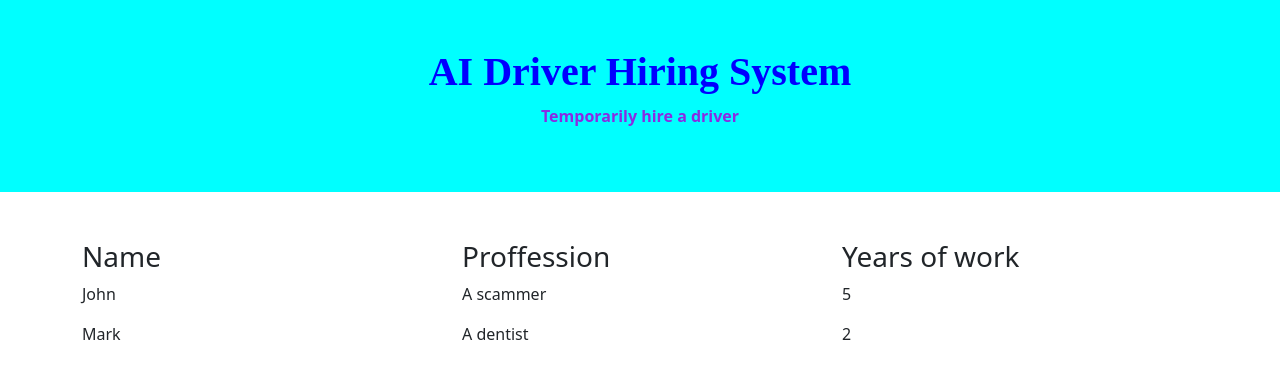
Repository: Wuda2000/AI-powered-Driver-hiring-system
Page: ONE.html
An editor plug-in stored every save of this project. The page is shown before and after a run of saves, followed by the edit.
The browser window is 1280 px wide. The pictures show the whole page.

Above is the page before, as saved 2024-12-23 22:28:13.

### ONE.html
<!DOCTYPE html>
<html lang="en">
<head>
  <title>Bootstrap 5 Example</title>
  <meta charset="utf-8">
  <meta name="viewport" content="width=device-width, initial-scale=1">
  <link href="https://cdn.jsdelivr.net/npm/bootstrap@5.3.3/dist/css/bootstrap.min.css" rel="stylesheet">
  <script src="https://cdn.jsdelivr.net/npm/bootstrap@5.3.3/dist/js/bootstrap.bundle.min.js"></script>
</head>
<body>


    <div class="container-fluid p-5 text-white text-center" style="background-color: aqua;">
        <h1 style="color: blue; font-family:'Times New Roman', Times, serif; font-style: unset;" ><b>AI Driver Hiring System</b></h1>
        <p style="color: blueviolet;"><b>Temporarily hire a driver</b></p>
      </div>

      <div class="container mt-5">
        <div class="row">
          <div class="col-sm-4">
            <h3>Name</h3>
            <p>John</p>
            <p>Mark</p>
          </div>
          <div class="col-sm-4">
            <h3>Proffession</h3>
            <p>A scammer</p>
            <p>A dentist</p>
          </div>
          <div class="col-sm-4">
            <h3>Years of work</h3>
            <p>5</p>
            <p>2</p>
          </div>
        </div>
      </div>
</body>
</html>

After the next 2 saves:
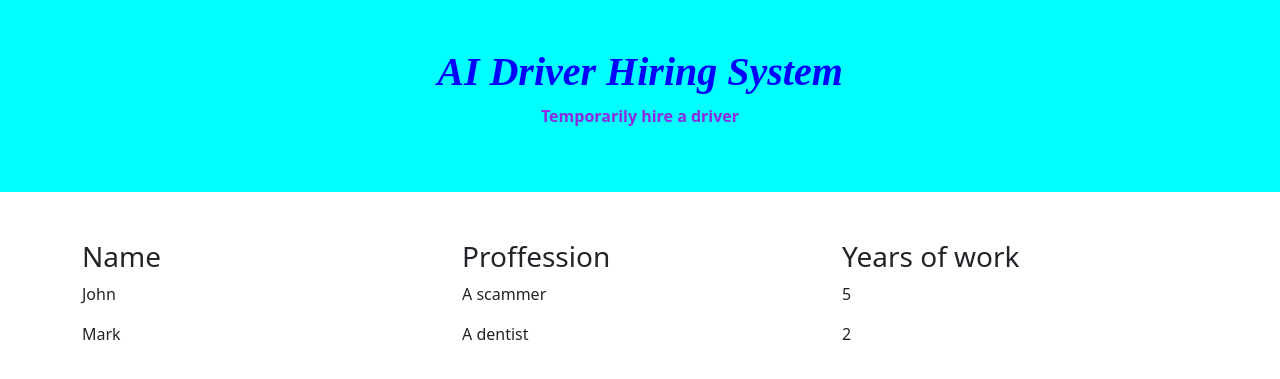
The 2 saves are shown as one change because they came seconds apart.
The last was saved 12 s later.
--- a/ONE.html
+++ b/ONE.html
@@ -11,7 +11,7 @@
 
 
     <div class="container-fluid p-5 text-white text-center" style="background-color: aqua;">
-        <h1 style="color: blue; font-family:'Times New Roman', Times, serif; font-style: unset;" ><b>AI Driver Hiring System</b></h1>
+        <h1 style="color: blue; font-family:'Times New Roman', Times, serif; font-style:italic;" ><b>AI Driver Hiring System</b></h1>
         <p style="color: blueviolet;"><b>Temporarily hire a driver</b></p>
       </div>
 

After the save that followed:
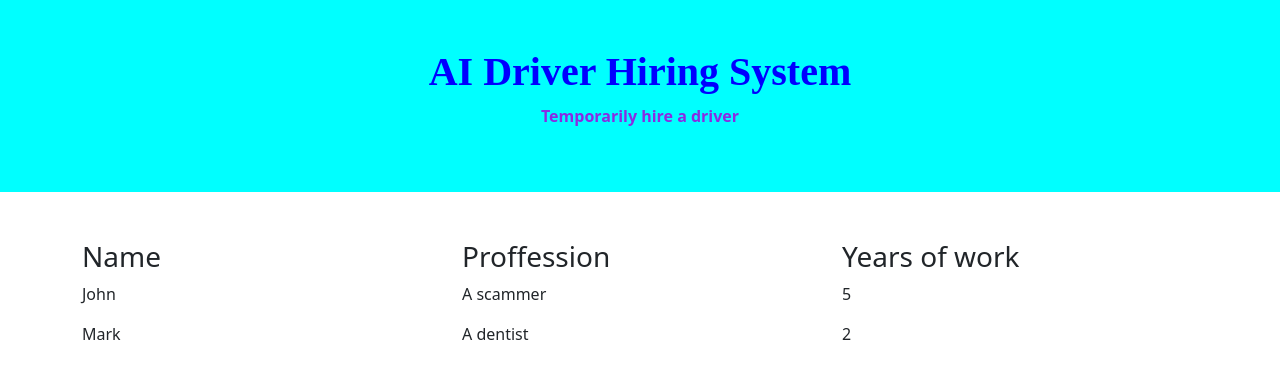
Saved 10 s later.
--- a/ONE.html
+++ b/ONE.html
@@ -11,7 +11,7 @@
 
 
     <div class="container-fluid p-5 text-white text-center" style="background-color: aqua;">
-        <h1 style="color: blue; font-family:'Times New Roman', Times, serif; font-style:italic;" ><b>AI Driver Hiring System</b></h1>
+        <h1 style="color: blue; font-family:'Times New Roman', Times, serif; " ><b>AI Driver Hiring System</b></h1>
         <p style="color: blueviolet;"><b>Temporarily hire a driver</b></p>
       </div>
 
